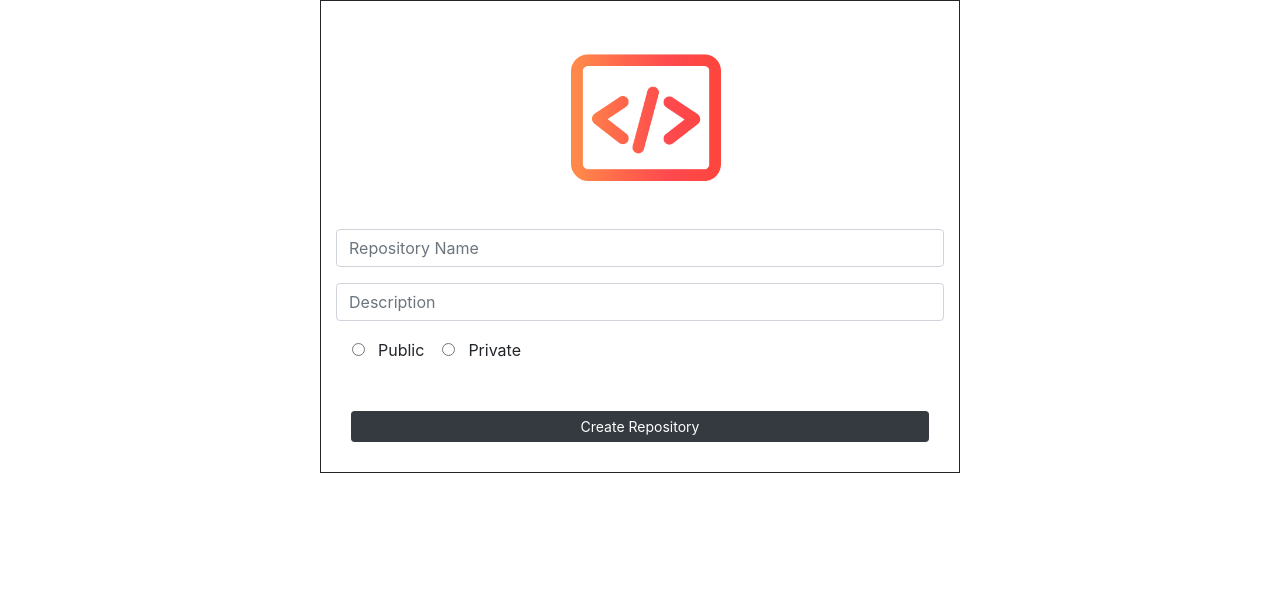
Repository: rashmikagamage/OAuth-Implementation
Page: /auth/github/callback (app in frontend/)
The author's editor kept a copy of each file at every save. The page is drawn from the files as they stood at one save, then again after the next save.
The browser window is 1280 px wide. The pictures show the whole page.
Some web libraries are served in a nearby version. The project was rebuilt for these pictures with package versions that can differ from the ones it lists, and the page was loaded fresh each time. Also part of the build but not shown: frontend/src/css/twitter.css, frontend/src/components/login.js, frontend/src/components/twitter-home.js, frontend/src/components/login-git.js, frontend/src/App.css.

Above is the page before, as saved 2021-09-08 17:55:13.

After the next save:
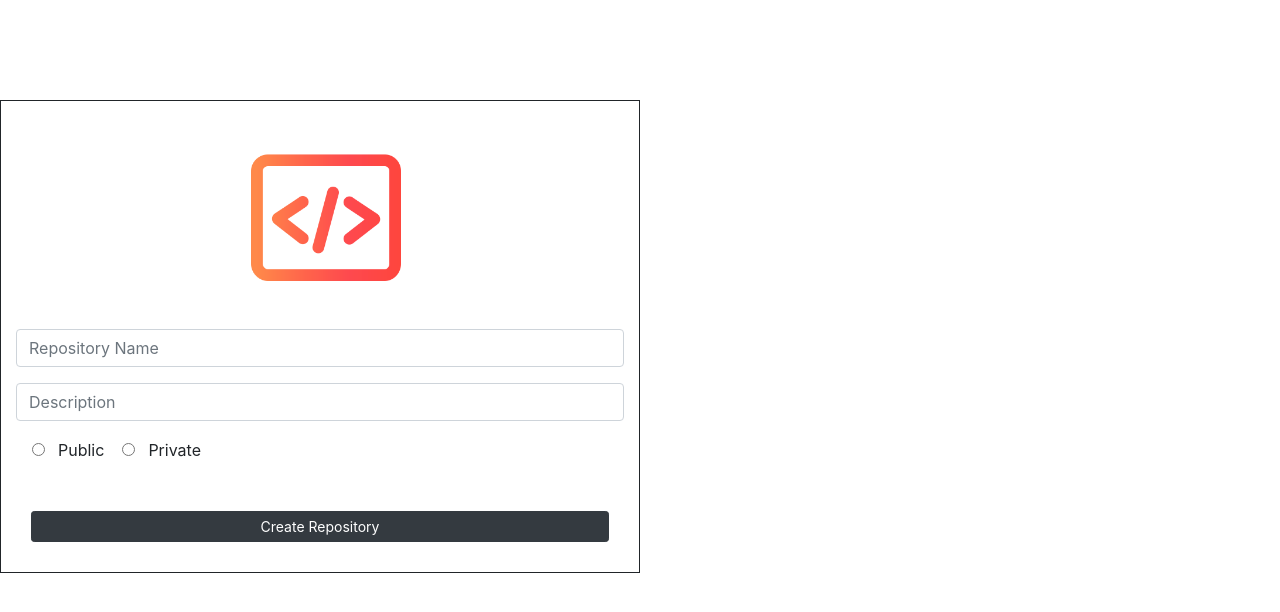
Saved 19 s later.
--- a/frontend/src/css/git.css
+++ b/frontend/src/css/git.css
@@ -1,5 +1,5 @@
 .main{
-  margin: auto;
+  margin-top: 100px;
   width: 50%;
   border-style: solid;
   border-width: 1px;
